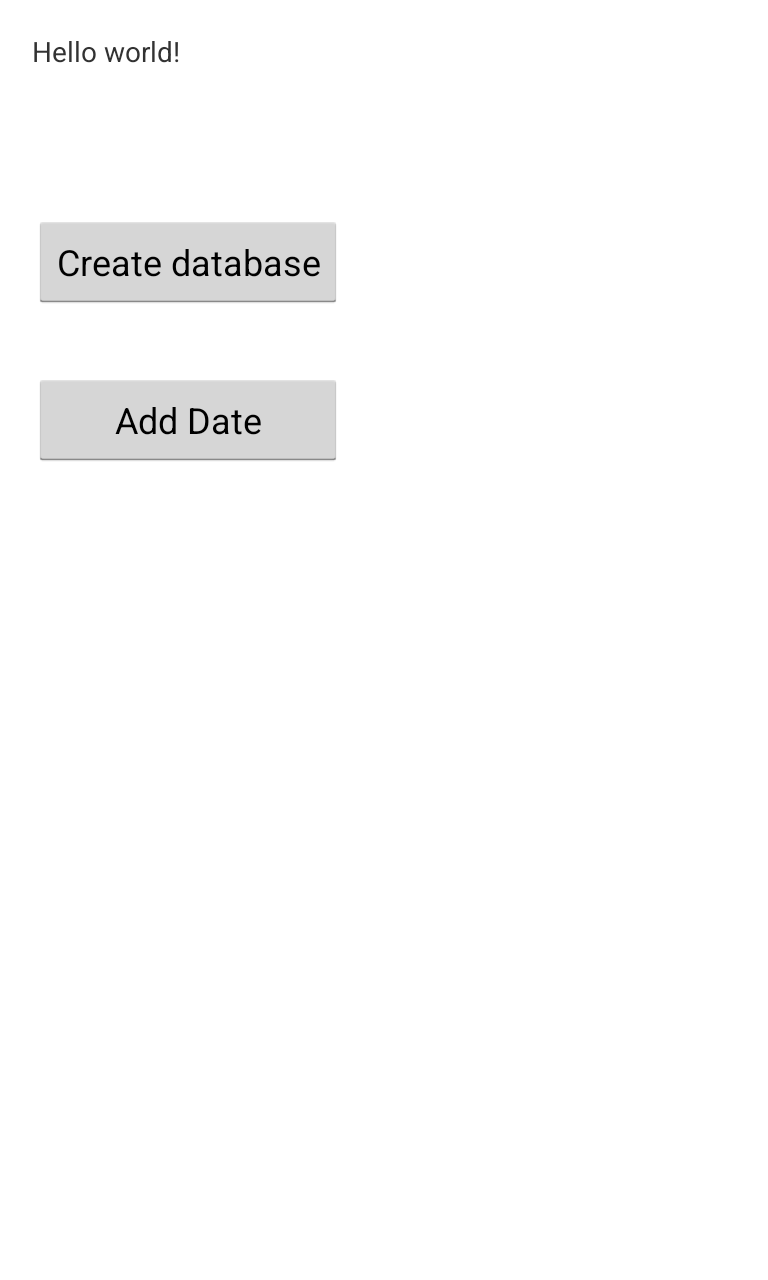
Repository: superlikex/Android_task
Layout: DatabaseTest/res/layout/activity_main.xml
The author's editor kept a copy of each file at every save. The layout is drawn from the files as they stood at one save, then again after the next save.
It is drawn on a 768 x 1280 px phone screen (xhdpi) without system bars, with theme AppTheme; the app's code is not run.

Above is the layout before, as saved 2015-12-06 06:15:37.

### DatabaseTest/res/layout/activity_main.xml
<RelativeLayout xmlns:android="http://schemas.android.com/apk/res/android"
    xmlns:tools="http://schemas.android.com/tools"
    android:layout_width="match_parent"
    android:layout_height="match_parent"
    android:paddingBottom="@dimen/activity_vertical_margin"
    android:paddingLeft="@dimen/activity_horizontal_margin"
    android:paddingRight="@dimen/activity_horizontal_margin"
    android:paddingTop="@dimen/activity_vertical_margin"
    tools:context="com.example.databasetest.MainActivity" >

    <TextView
        android:id="@+id/textView1"
        android:layout_width="wrap_content"
        android:layout_height="wrap_content"
        android:text="@string/hello_world" />

    <Button
        android:id="@+id/create_database"
        android:layout_width="wrap_content"
        android:layout_height="wrap_content"
        android:layout_below="@+id/textView1"
        android:layout_marginTop="72dp"
        android:text="Create database" />

    <Button
        android:id="@+id/add_data"
        android:layout_width="wrap_content"
        android:layout_height="wrap_content"
        android:layout_alignLeft="@+id/create_database"
        android:layout_alignRight="@+id/create_database"
        android:layout_below="@+id/create_database"
        android:layout_marginTop="31dp"
        android:text="Add Date" />

</RelativeLayout>

### DatabaseTest/res/values/strings.xml
<?xml version="1.0" encoding="utf-8"?>
<resources>

    <string name="app_name">DatabaseTest</string>
    <string name="hello_world">Hello world!</string>
    <string name="action_settings">Settings</string>

</resources>

Loaded but not shown: DatabaseTest/res/values/styles.xml (common file); DatabaseTest/res/values-v11/styles.xml (common file); DatabaseTest/res/values-v14/styles.xml (common file); DatabaseTest/res/values/dimens.xml (common file); DatabaseTest/res/values-w820dp/dimens.xml (common file)

After the next save:
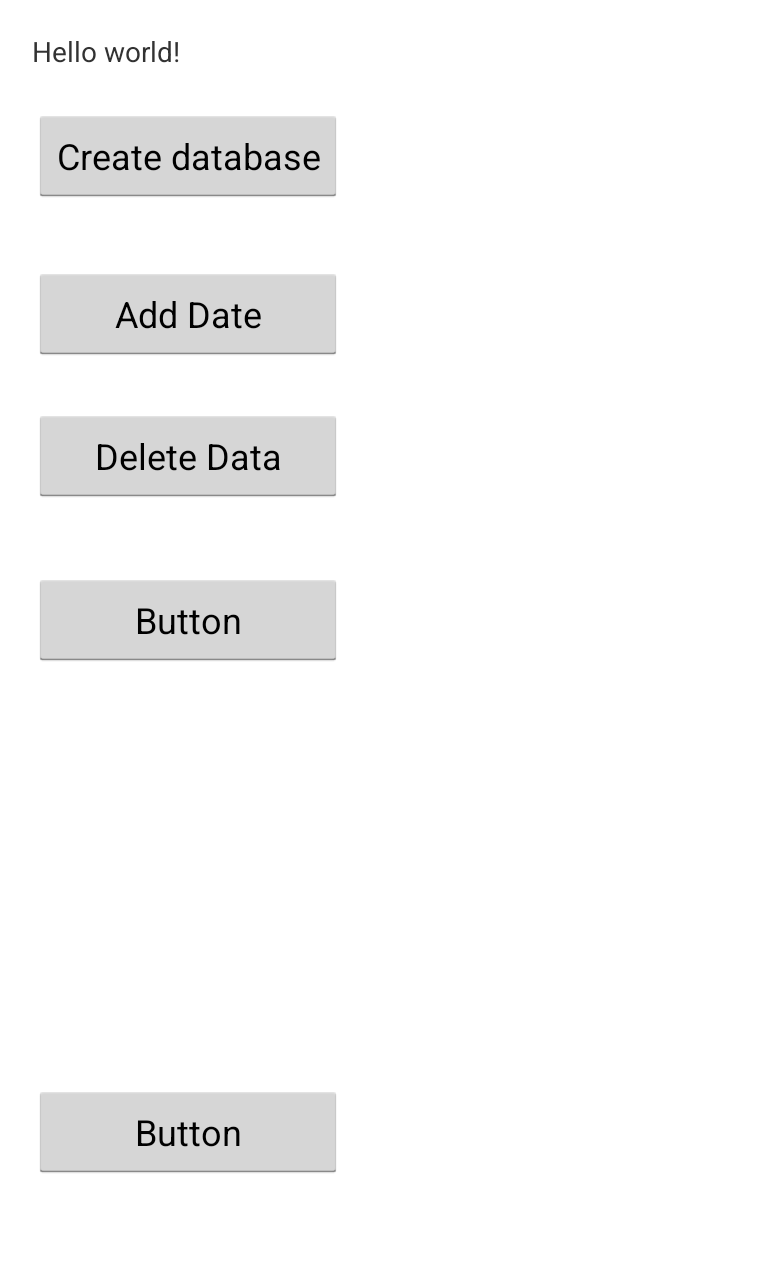
Saved 2 min 8 s later.
--- a/DatabaseTest/res/layout/activity_main.xml
+++ b/DatabaseTest/res/layout/activity_main.xml
@@ -15,14 +15,6 @@
         android:text="@string/hello_world" />
 
     <Button
-        android:id="@+id/create_database"
-        android:layout_width="wrap_content"
-        android:layout_height="wrap_content"
-        android:layout_below="@+id/textView1"
-        android:layout_marginTop="72dp"
-        android:text="Create database" />
-
-    <Button
         android:id="@+id/add_data"
         android:layout_width="wrap_content"
         android:layout_height="wrap_content"
@@ -32,4 +24,43 @@
         android:layout_marginTop="31dp"
         android:text="Add Date" />
 
+    <Button
+        android:id="@+id/button1"
+        android:layout_width="wrap_content"
+        android:layout_height="wrap_content"
+        android:layout_alignLeft="@+id/add_data"
+        android:layout_alignRight="@+id/add_data"
+        android:layout_below="@+id/add_data"
+        android:layout_marginTop="23dp"
+        android:text="Delete Data" />
+
+    <Button
+        android:id="@+id/create_database"
+        android:layout_width="wrap_content"
+        android:layout_height="wrap_content"
+        android:layout_alignLeft="@+id/textView1"
+        android:layout_below="@+id/textView1"
+        android:layout_marginTop="19dp"
+        android:text="Create database" />
+
+    <Button
+        android:id="@+id/button2"
+        android:layout_width="wrap_content"
+        android:layout_height="wrap_content"
+        android:layout_alignLeft="@+id/button1"
+        android:layout_alignRight="@+id/button1"
+        android:layout_below="@+id/button1"
+        android:layout_marginTop="34dp"
+        android:text="Button" />
+
+    <Button
+        android:id="@+id/button3"
+        android:layout_width="wrap_content"
+        android:layout_height="wrap_content"
+        android:layout_alignLeft="@+id/button2"
+        android:layout_alignParentBottom="true"
+        android:layout_alignRight="@+id/button2"
+        android:layout_marginBottom="34dp"
+        android:text="Button" />
+
 </RelativeLayout>
